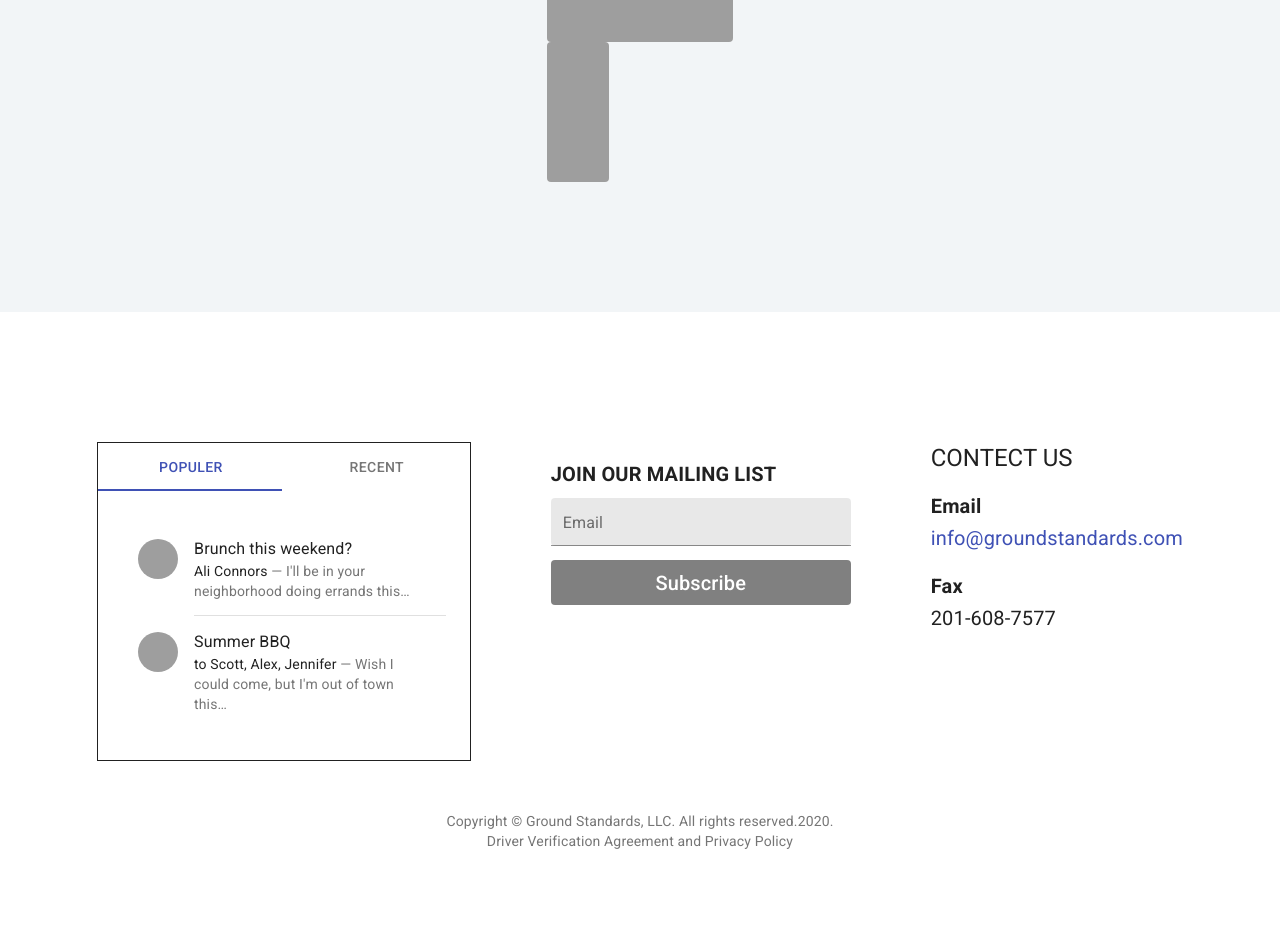
Repository: vinuvish/groundstandards_react
Page: /ourSolution
The author's editor kept a copy of each file at every save. The page is drawn from the files as they stood at one save, then again after the next save.
The browser window is 1280 px wide. The pictures show the part of the page from y = 300 to 1231 px (the page is 1231 px tall).
Pictures or frames that could not be fetched are drawn as grey boxes. The page's requests for data from a server got no answer. The project was rebuilt for these pictures with package versions that can differ from the ones it lists, and the page was loaded fresh each time. No one was signed in, and anything a server would have sent is missing. Also part of the build but not shown: src/pages/app/NotFoundPage.tsx, src/pages/app/SignUpPage.tsx, src/pages/app/AboutPage.tsx, src/pages/app/OurPartnerPage.tsx, src/pages/app/ResourcePage.tsx, src/pages/app/PressPage.tsx, src/pages/app/BlockPage.tsx, src/pages/app/ContactPage.tsx and 4 more. Imported but missing from the stored project, and not drawn on this page: src/assets/video/video-2.mp4.

Above is the page before, as saved 2020-12-16 22:00:23.

### public/index.html
<!DOCTYPE html>
<html lang="en">
  <head>
    <meta charset="utf-8" />
    <link rel="icon" href="%PUBLIC_URL%/favicon.png" />
    <meta name="viewport" content="width=device-width, initial-scale=1" />
    <meta name="theme-color" content="#000000" />
    <meta name="description" content="Web site created using create-react-app" />
    <link rel="apple-touch-icon" href="%PUBLIC_URL%/logo192.png" />
    <link rel="stylesheet" href="https://fonts.googleapis.com/css?family=Roboto:300,400,500,700&display=swap" />
    <link rel="stylesheet" href="https://fonts.googleapis.com/icon?family=Material+Icons" />
    <!--
      manifest.json provides metadata used when your web app is installed on a
      user's mobile device or desktop. See https://developers.google.com/web/fundamentals/web-app-manifest/
    -->
    <link rel="manifest" href="%PUBLIC_URL%/manifest.json" />
    <!--
      Notice the use of %PUBLIC_URL% in the tags above.
      It will be replaced with the URL of the `public` folder during the build.
      Only files inside the `public` folder can be referenced from the HTML.

      Unlike "/favicon.ico" or "favicon.ico", "%PUBLIC_URL%/favicon.ico" will
      work correctly both with client-side routing and a non-root public URL.
      Learn how to configure a non-root public URL by running `npm run build`.
    -->
    <title>Ground Standard</title>
  </head>
  <body>
    <noscript>You need to enable JavaScript to run this app.</noscript>
    <div id="root"></div>
    <!--
      This HTML file is a template.
      If you open it directly in the browser, you will see an empty page.

      You can add webfonts, meta tags, or analytics to this file.
      The build step will place the bundled scripts into the <body> tag.

      To begin the development, run `npm start` or `yarn start`.
      To create a production bundle, use `npm run build` or `yarn build`.
    -->
  </body>
</html>

### src/App.tsx
import { CssBaseline, MuiThemeProvider, StylesProvider } from '@material-ui/core';
import { SnackbarProvider } from 'notistack';
import React from 'react';
import { theme } from './app_utils/MuiTheme';
import AppRouterRoutes from './AppRoutes';
import { useAppStore } from './models_stores/appStore';

function App() {
  const streamAuthUser = useAppStore((state) => state.streamAuthUser);
  const streamProducts = useAppStore((state) => state.streamDocuments);
  const streamCategories = useAppStore((state) => state.streamNotifications);
  const streamUsers = useAppStore((state) => state.streamUsers);

  React.useEffect(() => {
    streamAuthUser();
    streamCategories();
    streamUsers();
    streamProducts();
  }, []); // eslint-disable-line

  return (
    <SnackbarProvider maxSnack={3} anchorOrigin={{ vertical: 'bottom', horizontal: 'right' }}>
      <MuiThemeProvider theme={theme}>
        <CssBaseline />
        <StylesProvider injectFirst>
          <AppRouterRoutes></AppRouterRoutes>
        </StylesProvider>
      </MuiThemeProvider>
    </SnackbarProvider>
  );
}

export default App;

### src/app_utils/MuiTheme.tsx
import { createMuiTheme } from '@material-ui/core/styles';
import { BreakpointOverrides } from '@material-ui/core/styles/createBreakpoints';
import { Shadows } from '@material-ui/core/styles/shadows';

declare module '@material-ui/core/styles/createBreakpoints' {
  interface BreakpointOverrides {
    xs: true;
    sm: true;
    md: true;
    lg: true;
    xl: true;
    tablet: true;
    laptop: true;
    desktop: true;
  }
}

export const theme = createMuiTheme({
  breakpoints: {
    values: { xs: 0, sm: 600, md: 960, lg: 1280, xl: 1920, tablet: 400, laptop: 900, desktop: 1200 }
  },

  shadows: Array(25).fill('none') as Shadows,

  props: {
    MuiInput: { disableUnderline: true },
    MuiButton: { disableElevation: true },
    MuiButtonBase: { disableRipple: true },
    MuiPaper: { elevation: 0 },
    MuiCard: { elevation: 0 },
    MuiDivider: { color: 'white' },
    MuiOutlinedInput: {}
  },
  overrides: {
    MuiPaper: {
      root: {
        elevation: 0
      }
    },
    MuiCard: {
      root: {
        elevation: 0
      }
    },
    MuiButton: {
      root: {
        textTransform: 'capitalize'
      }
    }
  },
  palette: {
    background: {
      default: '#F2F5F7'
    }
  }
});

export const breakpoint = {
  xs: `(min-width: 0px)`,
  sm: `(min-width: 576px)`,
  md: `(min-width: 768px)`,
  lg: `(min-width: 992px)`,
  xl: `(min-width: 1200px)`
};

### src/AppRoutes.tsx
import { Container, createStyles, Grid, makeStyles, Theme } from '@material-ui/core';
import React from 'react';
import { Route, Router, Switch } from 'react-router-dom';
import ZAppBar from './components/ZAppBar';
import ZAppBarDrawer from './components/ZAppBarDrawer';
import NotFoundPage from './pages/app/NotFoundPage';
import SignUpPage from './pages/app/SignUpPage';
import history from './app_utils/History';
import AboutPage from './pages/app/AboutPage';
import OurSolutionPage from './pages/app/OurSolutionPage';
import OurPartnerPage from './pages/app/OurPartnerPage';
import ResourcePage from './pages/app/ResourcePage';
import PressPage from './pages/app/PressPage';
import BlockPage from './pages/app/BlockPage';
import ContactPage from './pages/app/ContactPage';
import AppHomePage from './pages/app/AppHomePage';
import ZFooter from './components/ZFooter';

const AppRouterRoutes = () => {
  const classes = useStyles();

  return (
    <Router history={history}>

      <ZAppBar />
      <Switch>{[AppRoutes]}</Switch>
      <ZFooter />
    </Router>


  );
};


const AppRoutes = [
  <Route exact path='/' component={AppHomePage} />,
  <Route exact path='/aboutUs' component={AboutPage} />,
  <Route exact path='/signUp' component={SignUpPage} />,
  <Route exact path='/ourSolution' component={OurSolutionPage} />,
  <Route exact path='/ourPartner' component={OurPartnerPage} />,
  <Route exact path='/resource' component={ResourcePage} />,
  <Route exact path='/press' component={PressPage} />,
  <Route exact path='/blog' component={BlockPage} />,
  <Route exact path='/contact' component={ContactPage} />,
  <Route component={NotFoundPage} />
];

const useStyles = makeStyles((theme: Theme) =>
  createStyles({
    grid: {
      display: 'flex'
    },
    containerAuthenticated: {
      margin: 'auto',
      marginTop: 68,
      padding: 20,
      width: `calc(100% - 240px)`,
      [theme.breakpoints.down('md')]: {
        width: '100%'
      }
    },
    containerUnauthenticated: {}
  })
);

export default AppRouterRoutes;

### src/app_utils/History.tsx
import { createBrowserHistory } from 'history';
export default createBrowserHistory({});

### src/pages/app/OurSolutionPage.tsx
import * as React from 'react';
import { makeStyles, Theme } from '@material-ui/core/styles';
import { Box, Card, Grid, Typography, CardActionArea, CardMedia } from '@material-ui/core';
import ZImageDisplay from '../../components/ZImageDisplay';

interface Props { }

const OurSolutionPage: React.FC<Props> = () => {
    const classes = useStyles();
    const [state, setState] = React.useState({
        raised: false,
        shadow: 1,
    })
    return (
        <div className={classes.root}>
            <Grid container className={classes.grid} direction='column'>
                <Grid item xs={12}>
                    <Typography variant="h2">
                        <Box fontWeight={600} justifyContent='center' >
                            THE #1 SOLUTION
               </Box>
                    </Typography>
                </Grid>

                <Grid item xs={12}>
                    <Grid item >
                        <ZImageDisplay imageUral={'http://groundstandards.com/wp-content/uploads/compliance.png'} />
                    </Grid>
                    <Grid item md={4}>
                        <ZImageDisplay imageUral={'http://groundstandards.com/wp-content/uploads/compliance.png'} />
                    </Grid >
                </Grid>
            </Grid >

        </div >


    );
};

const useStyles = makeStyles((theme: Theme) => ({
    root: {
        width: '100vW',
        padding: theme.spacing(10, 20),
    }, grid: {
        padding: '50px',
        justifyContent: 'center',
        alignItems: 'center',
    },
    image: {
        maxWidth: 310,
        transition: "transform 0.50s ease-in-out"
    },
    cardHovered: {
        transform: "scale3d(1.05, 1.05, 2)"
    }
}));

OurSolutionPage.defaultProps = {};

export default OurSolutionPage;

### src/firebase/firebase.tsx
import firebase from 'firebase/app';
import 'firebase/firestore';
import 'firebase/auth';
import 'firebase/storage';

const firebaseConfig = {
  apiKey: 'AIzaSyBWf1JYtcld5rEhou2YyANxAtl20AylP80',
  authDomain: 'groundstandards-8a1dd.firebaseapp.com',
  databaseURL: 'https://groundstandards-8a1dd.firebaseio.com',
  projectId: 'groundstandards-8a1dd',
  storageBucket: 'groundstandards-8a1dd.appspot.com',
  messagingSenderId: '137110708999',
  appId: '1:137110708999:web:ab0b42be7878425a805ba2',
  measurementId: 'G-V8H0LZB9DH'
};

if (!firebase.apps.length) firebase.initializeApp(firebaseConfig);

const firestore = firebase.firestore();
const auth = firebase.auth();

export { firebase as fireFirebase, firestore as fireFirestore, auth as fireAuth };

### src/models/AuthUserModel.ts
export class AuthUser implements IAuthUser {
  email: string;
  firstName: string;
  id: string;
  lastName: string;
  isActive: boolean;
  isAdmin: boolean;
  timestampAdded: Date;
  timestampLastLogin: Date;

  constructor(x: IAuthUser) {
    this.email = x.email;
    this.firstName = x.firstName;
    this.id = x.id;
    this.lastName = x.lastName;
    this.isActive = x.isActive;
    this.isAdmin = x.isAdmin;
    this.timestampAdded = x.timestampAdded;
    this.timestampLastLogin = x.timestampLastLogin;
  }

  static fromFirestore(doc: firebase.firestore.DocumentSnapshot<firebase.firestore.DocumentData>): AuthUser | null {
    const data = doc.data();
    if (!data) return null;

    return new AuthUser({
      email: data['email'] ?? '',
      firstName: data['firstName'] ?? '',
      id: doc.id,
      lastName: data['lastName'] ?? '',
      isActive: data['isActive'] ?? true,
      isAdmin: data['isAdmin'] ?? false,
      timestampAdded: data['timestampAdded']?.toDate() ?? new Date(),
      timestampLastLogin: data['timestampLastLogin']?.toDate() ?? new Date()
    });
  }

  getFullName(): string {
    return `${this.firstName} ${this.lastName}`;
  }
}

interface IAuthUser {
  email: string;
  firstName: string;
  id: string;
  lastName: string;
  isActive: boolean;
  isAdmin: boolean;
  timestampAdded: Date;
  timestampLastLogin: Date;
}
export interface IAuthUserRegister {
  email: string;
  firstName: string;
  lastName: string;
  password: string;
  isAdmin: boolean;
}

export interface IAuthUserUpdate {
  id: string;
  firstName: string;
  lastName: string;
  isActive: boolean;
  isAdmin: boolean;
}

### src/models/NotificationModel.ts
export class NotificationModel implements IEventModel {
  body: string;
  title: string;
  linkUrl: string;
  id: string;
  timestampAdded: Date;

  constructor(x: IEventModel) {
    {
      this.id = x.id;
      this.linkUrl = x.linkUrl;
      this.body = x.body;
      this.timestampAdded = x.timestampAdded;
      this.title = x.title;
    }
  }

  static fromFirestore(doc: firebase.firestore.DocumentSnapshot<firebase.firestore.DocumentData>): NotificationModel | null {
    const data = doc.data();
    if (!data) return null;
    return new NotificationModel({
      body: data['body'] ?? '',
      id: doc.id,
      linkUrl: data['linkUrl'] ?? '',
      timestampAdded: data['timestampAdded']?.toDate() ?? Date.now(),
      title: data['title'] ?? ''
    });
  }
}

interface IEventModel {
  body: string;
  title: string;
  linkUrl: string;
  id: string;
  timestampAdded: Date;
}

### src/components/ZImageDisplay.tsx
import * as React from 'react';
import { createStyles, makeStyles, Theme } from '@material-ui/core/styles';
import { Box, Card, Grid, Typography, CardActionArea, CardMedia } from '@material-ui/core';

interface Props {
    imageUral: string;

}

const ZImageDisplay: React.FC<Props> = ({ imageUral }) => {
    const classes = useStyles();
    const [state, setState] = React.useState({
        raised: false,
        shadow: 1,
    })
    return (

        <Card className={classes.image} classes={{ root: state.raised ? classes.cardHovered : "" }}
            onMouseOver={() => setState({ raised: true, shadow: 3 })}
            onMouseOut={() => setState({ raised: false, shadow: 1 })}
            raised={state.raised} >

            <CardActionArea>
                <CardMedia

                    component="img"
                    alt={'image'}
                    height="140"
                    image={imageUral}
                    title={'image'}
                />
            </CardActionArea>
        </Card>

    );
}

export default ZImageDisplay;

const useStyles = makeStyles((theme: Theme) =>
    createStyles({
        image: {
            maxWidth: 310,
            transition: "transform 0.50s ease-in-out"
        }, cardHovered: {
            transform: "scale3d(1.05, 1.05, 2)"
        }
    })

);

### src/components/ZTextFromField.tsx
import * as React from 'react';
import { makeStyles, TextField, Theme } from '@material-ui/core';
import { Controller, FieldError, Control } from 'react-hook-form';

interface Props {
  label: string;
  defaultValue?: string;
  className?: string;
  control: Control;
  error?: FieldError | undefined;
  name: string;
  rules?: any;
  rows?: number;
  type?: string;
  disabled?: boolean;
  variant?: 'standard' | 'filled' | 'outlined' | undefined;
}

const ZTextFormField: React.FC<Props> = ({ label, defaultValue, className, control, name, rules, rows, type, variant, error, disabled }) => {
  const classes = useStyles();
  return (
    <div key={name} className={className}>
      <Controller
        key={name}
        as={
          <TextField
            InputProps={{
              classes: { root: classes.root }
            }}
            disabled={disabled ?? false}
            name={name}
            error={error?.message ? true : false}
            helperText={error?.message ? error.message : undefined}
            fullWidth
            margin='dense'
            multiline={type ? false : true}
            rows={type ? undefined : rows}
            type={type}
            variant={(variant ?? 'outlined') as any}
          />
        }
        rules={rules ?? { required: 'This field is required' }}
        autoComplete='false'
        label={label}
        name={name}
        control={control}
        defaultValue={defaultValue ?? ''}
      />
    </div>
  );
};

const useStyles = makeStyles((theme: Theme) => ({
  root: {
    borderRadius: '4px'
  }
}));

ZTextFormField.defaultProps = {};

export default ZTextFormField;

// rules={register({
//             required: true,
//             pattern: {
//               value: /^[A-Z0-9._%+-]+@[A-Z0-9.-]+\.[A-Z]{2,}$/i,
//               message: 'Invalid email address',
//             },
//           })}

### src/components/ZTabPanal.tsx
import { Box, Typography } from '@material-ui/core';
import React from 'react';


interface Props {
    children?: React.ReactNode;
    dir?: string;
    index: any;
    value: any;
}

const ZTabPanal: React.FC<Props> = ({ children, value, index, ...other }) => {

    return (
        <Box borderTop={0} >
            <div
                role="tabpanel"
                hidden={value !== index}
                id={`full-width-tabpanel-${index}`}
                aria-labelledby={`full-width-tab-${index}`}
                {...other}>
                {value === index && (
                    <Box p={3}>
                        <Typography>{children}</Typography>
                    </Box>
                )}

            </div>
        </Box>
    );


}

ZTabPanal.defaultProps = {};

export default ZTabPanal;

### src/components/ZListCard.tsx
import { Box, createStyles, makeStyles, Theme } from '@material-ui/core';
import React from 'react';
import List from '@material-ui/core/List';
import ListItem from '@material-ui/core/ListItem';
import Divider from '@material-ui/core/Divider';
import ListItemText from '@material-ui/core/ListItemText';
import ListItemAvatar from '@material-ui/core/ListItemAvatar';
import Avatar from '@material-ui/core/Avatar';
import Typography from '@material-ui/core/Typography';

interface Props {
    children?: React.ReactNode;
    dir?: string;
    index: any;
    value: any;
}

const ZListCard = () => {
    const classes = useStyles();

    return (
        <>
            <List className={classes.root}>
                <ListItem alignItems="flex-start">
                    <ListItemAvatar>
                        <Avatar alt="Remy Sharp" src="/static/images/avatar/1.jpg" />
                    </ListItemAvatar>
                    <ListItemText
                        primary="Brunch this weekend?"
                        secondary={
                            <React.Fragment>
                                <Typography
                                    component="span"
                                    variant="body2"
                                    className={classes.inline}
                                    color="textPrimary"
                                >
                                    Ali Connors
                  </Typography>
                                {" — I'll be in your neighborhood doing errands this…"}
                            </React.Fragment>
                        }
                    />
                </ListItem>
                <Divider variant="inset" component="li" />
                <ListItem alignItems="flex-start">
                    <ListItemAvatar>
                        <Avatar alt="Travis Howard" src="/static/images/avatar/2.jpg" />
                    </ListItemAvatar>
                    <ListItemText
                        primary="Summer BBQ"
                        secondary={
                            <React.Fragment>
                                <Typography
                                    component="span"
                                    variant="body2"
                                    className={classes.inline}
                                    color="textPrimary"
                                >
                                    to Scott, Alex, Jennifer
                  </Typography>
                                {" — Wish I could come, but I'm out of town this…"}
                            </React.Fragment>
                        }
                    />
                </ListItem>

            </List>
        </>
    );

}

ZListCard.defaultProps = {};

export default ZListCard;
const useStyles = makeStyles((theme: Theme) =>
    createStyles({
        root: {
            width: '100%',
            maxWidth: '36ch',
            backgroundColor: theme.palette.background.paper,
        },
        inline: {
            display: 'inline',
        },
    }),
);

Loaded but not shown: src/index.tsx (common file); src/styles/index.css (common file); src/components/ZAppBar.tsx (209 lines, source omitted); src/components/ZFooter.tsx (169 lines, source omitted); src/models/DocumentModel.ts (144 lines, source omitted); src/components/ZAppBarDrawerTemp.tsx (129 lines, source omitted); src/models_stores/appStore.ts (105 lines, source omitted)

After the next save:
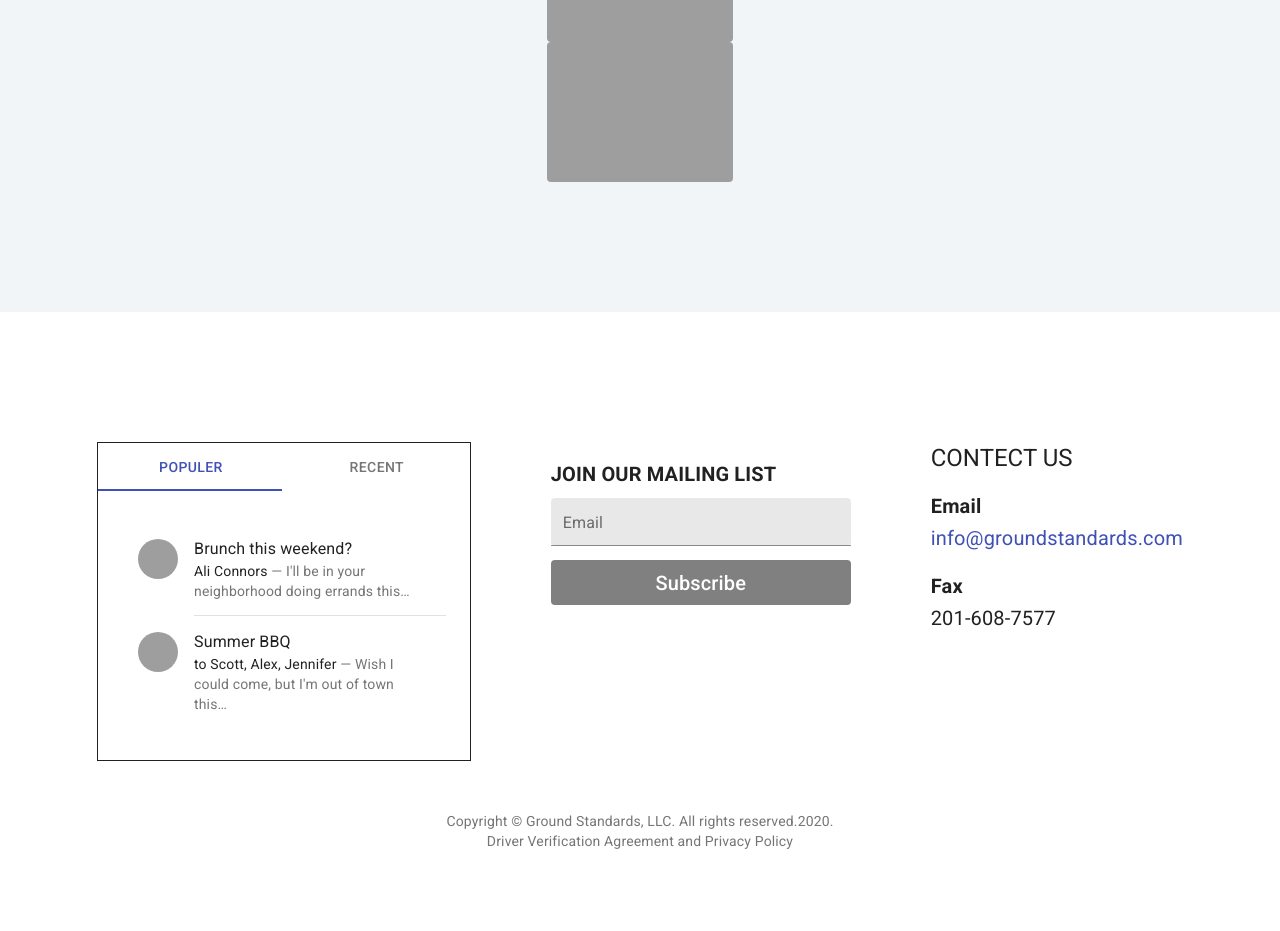
Saved 9 s later.
--- a/src/pages/app/OurSolutionPage.tsx
+++ b/src/pages/app/OurSolutionPage.tsx
@@ -26,7 +26,7 @@ const OurSolutionPage: React.FC<Props> = () => {
                     <Grid item >
                         <ZImageDisplay imageUral={'http://groundstandards.com/wp-content/uploads/compliance.png'} />
                     </Grid>
-                    <Grid item md={4}>
+                    <Grid item >
                         <ZImageDisplay imageUral={'http://groundstandards.com/wp-content/uploads/compliance.png'} />
                     </Grid >
                 </Grid>
